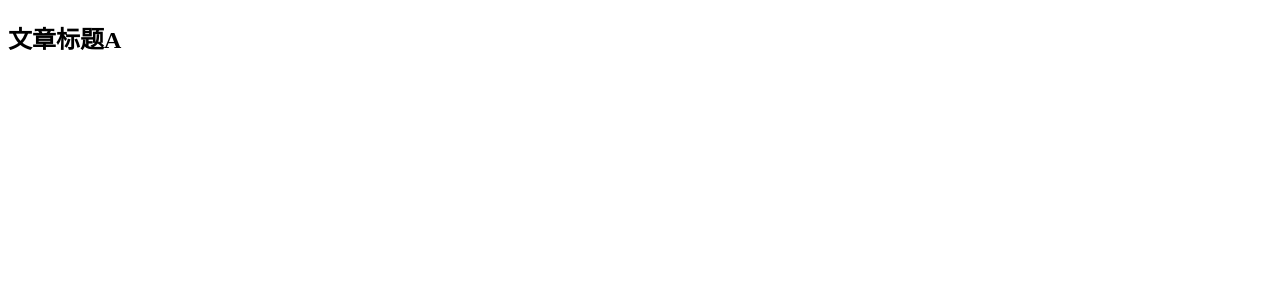
Repository: zdsherlock/HtmlCssLearn
Page: CSS/test-attSelect/index4.html
The author's editor kept a copy of each file at every save. The page is drawn from the files as they stood at one save, then again after the next save.
The browser window is 1280 px wide. The pictures show the whole page.

Above is the page before, as saved 2021-05-07 20:14:26.

After the next save:
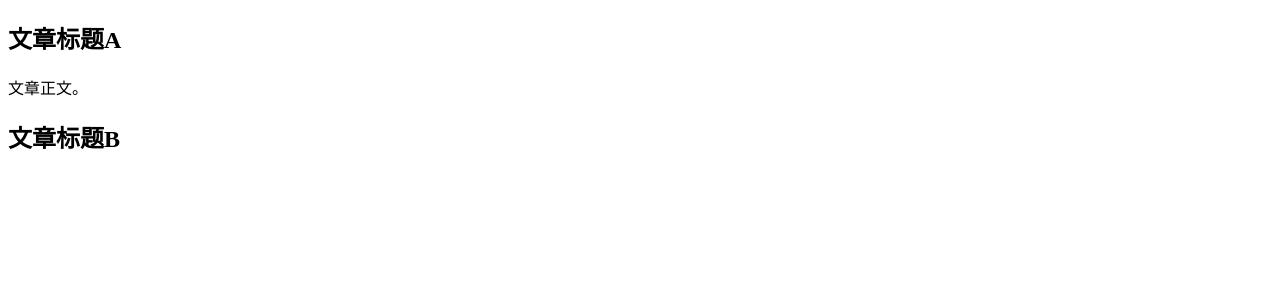
Saved 18 s later.
--- a/CSS/test-attSelect/index4.html
+++ b/CSS/test-attSelect/index4.html
@@ -8,6 +8,7 @@
 </head>
 <body>
     <h2>文章标题A</h2>
-    <p></p>
+    <p>文章正文。</p>
+    <h2>文章标题B</h2>
 </body>
 </html>
